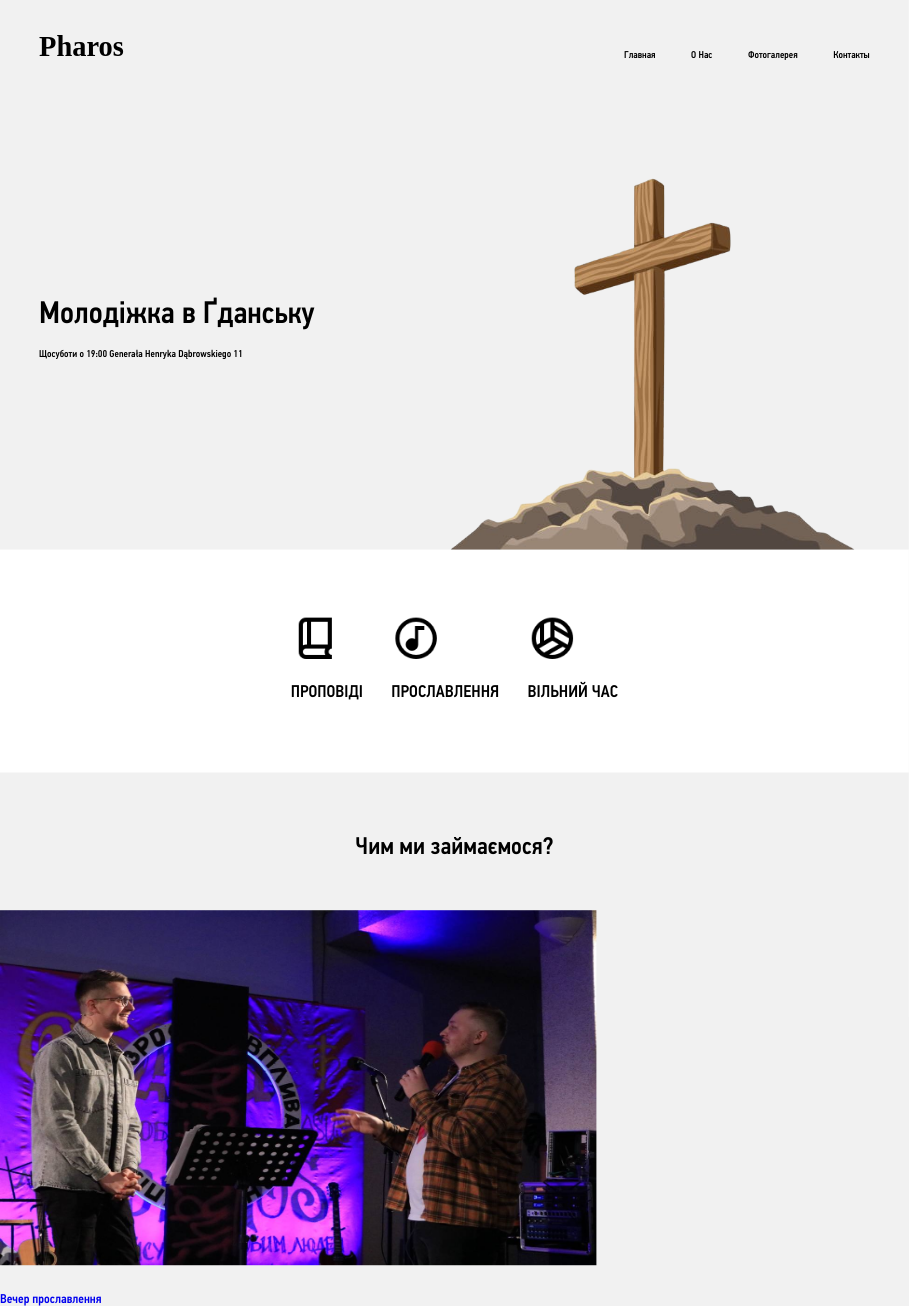
Repository: Bohdan-Sandovenko/youth-project
Page: index.html
The author's editor kept a copy of each file at every save. The page is drawn from the files as they stood at one save, then again after the next save.
The browser window is 1280 px wide. The pictures show the part of the page from y = 0 to 1840 px (the page is 3046 px tall), at 71% of full size.
Pictures or frames that could not be fetched are drawn as grey boxes. Some web fonts or font styles are not loaded; a fallback is used. The style sheet was rebuilt from its Sass, Less or Tailwind sources for each picture, by a compiler version that may differ from the author's.

Above is the page before, as saved 2024-09-23 18:36:23.

After the next save:
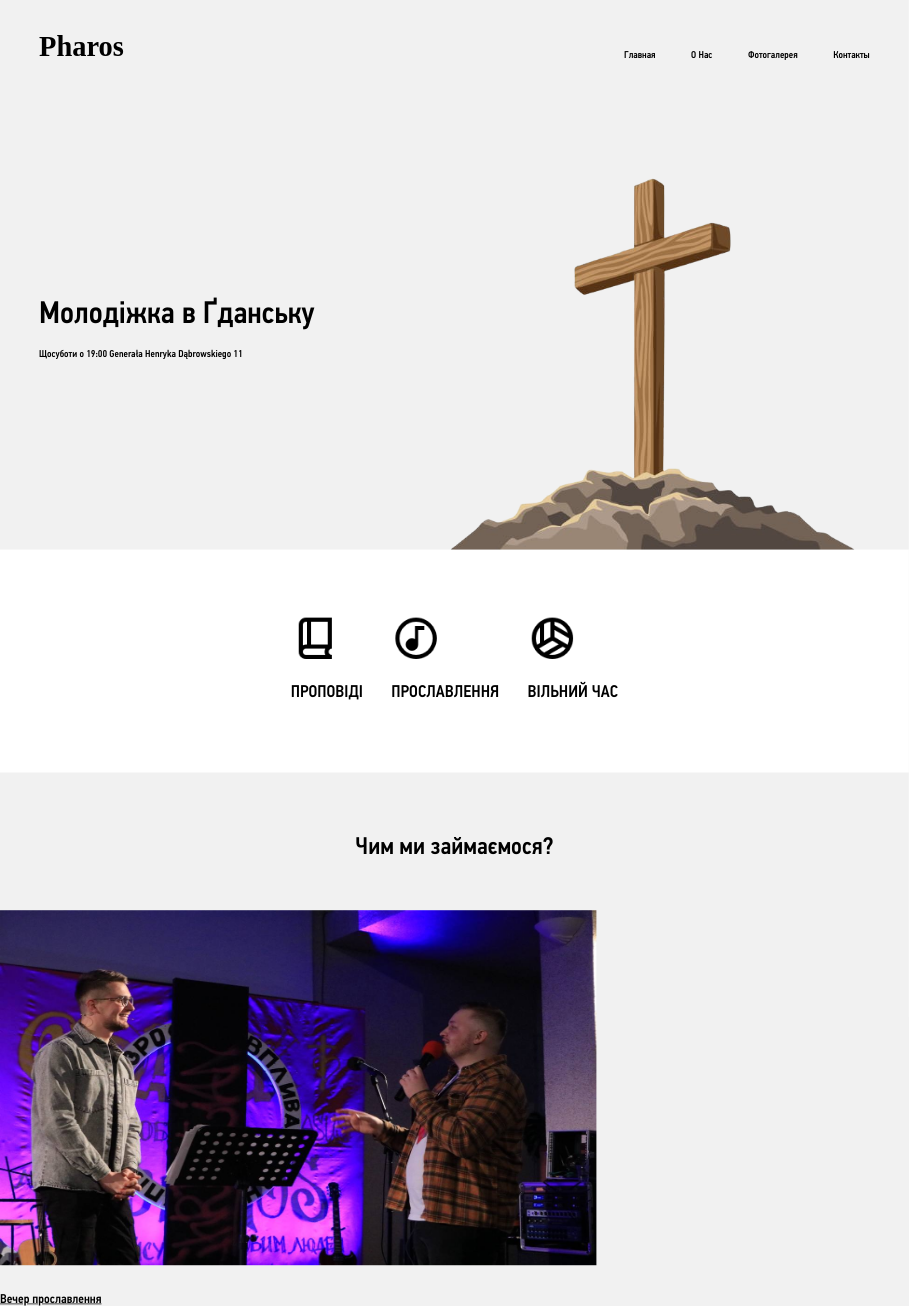
Saved 36 s later.
--- a/css/style.scss
+++ b/css/style.scss
@@ -145,7 +145,10 @@ body {
             .worhip-title {
                 font-size: 18px;
 
-                & a {}
+                & a {
+                    color: #000;
+                    text-decoration: underline;
+                }
             }
         }
     }
